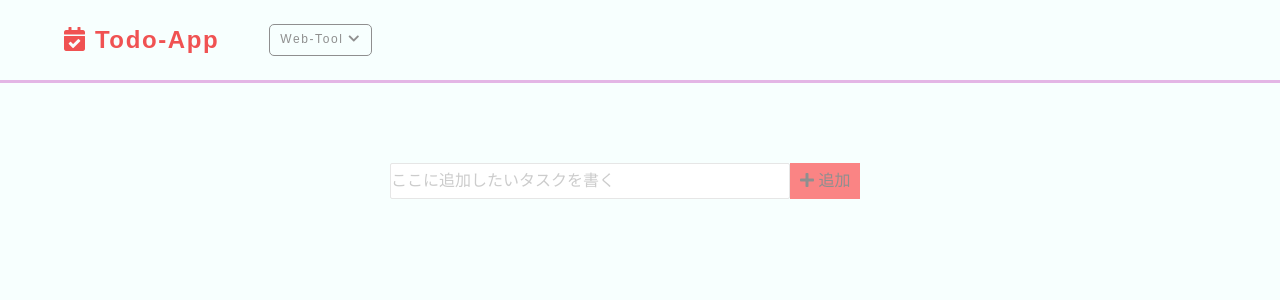
Repository: Hiroshii-m/todo_vue
Page: index.html
These files come from the project's save history. The page is drawn as it stood at one moment and after the next save; the edit follows.
The browser window is 1280 px wide. The pictures show the whole page.
The style sheet was rebuilt from its Sass, Less or Tailwind sources for each picture, by a compiler version that may differ from the author's.

Above is the page before, as saved 2021-06-26 18:14:59.

After the next save:
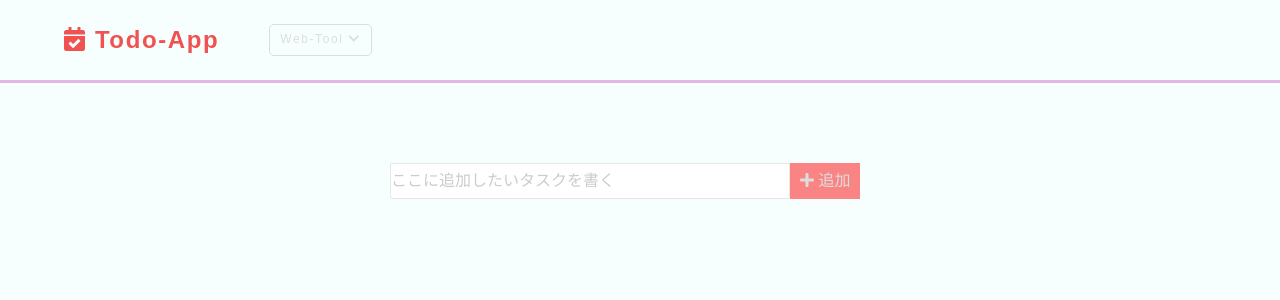
Saved 10 s later.
--- a/src/scss/foundation/_variables.scss
+++ b/src/scss/foundation/_variables.scss
@@ -1,5 +1,5 @@
 :root {
-    --font-color_default: #8f8f8f;
+    --font-color_default: #dddddd;
     --color_base: #F7FFFE;
     --color_accent: #E3B6E5;
     --color_green: #C3E8C7;
